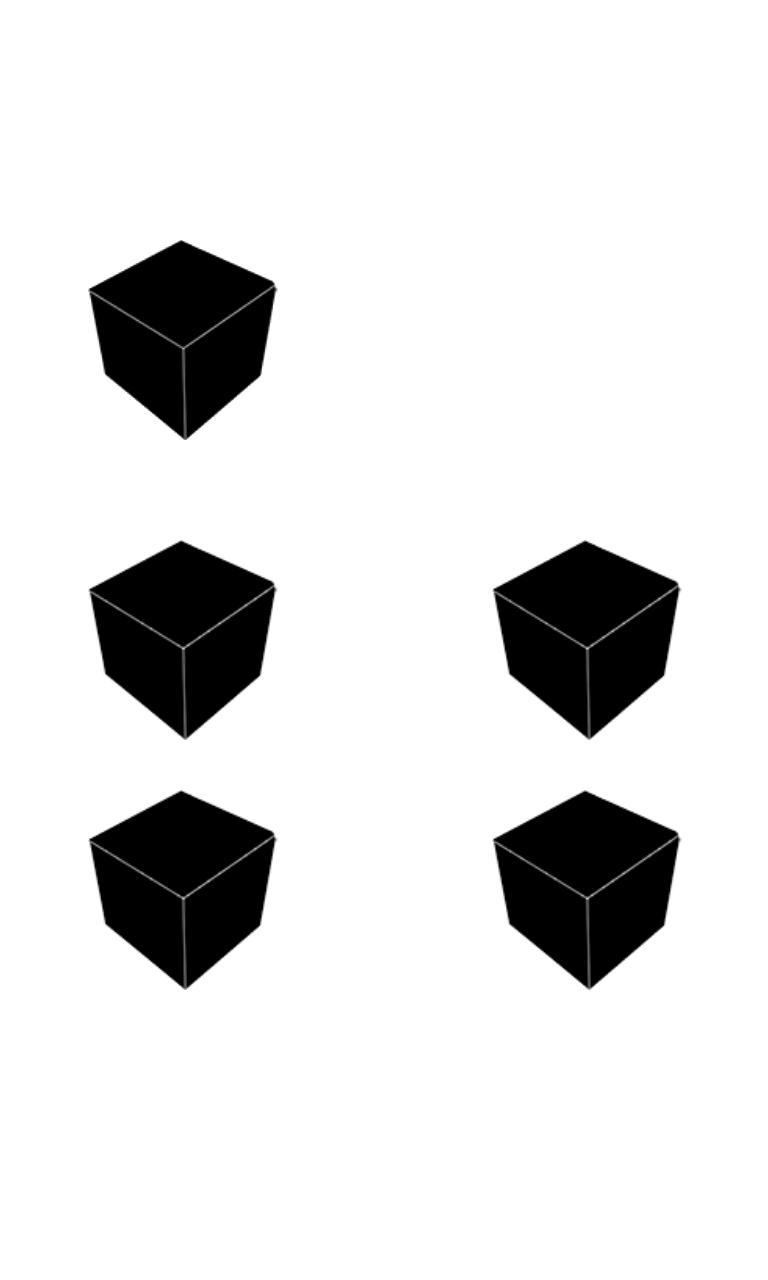
Repository: DSKarramba/university
Layout: models_and_methods_ICS/lab_01/code/calc/res/layout/activity_main.xml
The author's editor kept a copy of each file at every save. The layout is drawn from the files as they stood at one save, then again after the next save.
It is drawn on a 768 x 1280 px phone screen (xhdpi) without system bars, with theme AppTheme; the app's code is not run.

Above is the layout before, as saved 2014-12-11 03:40:56.

### models_and_methods_ICS/lab_01/code/calc/res/layout/activity_main.xml
<RelativeLayout xmlns:android="http://schemas.android.com/apk/res/android"
    xmlns:tools="http://schemas.android.com/tools"
    android:layout_width="match_parent"
    android:layout_height="match_parent"
    android:layout_gravity="top"
    android:paddingBottom="@dimen/activity_vertical_margin"
    android:paddingLeft="@dimen/activity_horizontal_margin"
    android:paddingRight="@dimen/activity_horizontal_margin"
    android:paddingTop="@dimen/activity_vertical_margin"
    tools:context="com.example.calc.MainActivity" >

    <ImageButton
        android:id="@+id/img1"
        android:layout_width="100dp"
        android:layout_height="100dp"
        android:layout_above="@+id/img3"
        android:layout_alignLeft="@+id/img3"
        android:layout_marginBottom="50dp"
        android:background="@android:color/transparent"
        android:contentDescription="@string/str_box"
        android:scaleType="fitCenter"
        android:src="@drawable/box" />

    <ImageButton
        android:id="@+id/img2"
        android:layout_width="100dp"
        android:layout_height="100dp"
        android:layout_above="@+id/img3"
        android:layout_alignRight="@+id/img3"
        android:layout_marginBottom="50dp"
        android:background="@android:color/transparent"
        android:contentDescription="@string/str_box"
        android:scaleType="fitCenter"
        android:src="@drawable/box" />

    <ImageButton
        android:id="@+id/img3"
        android:layout_width="100dp"
        android:layout_height="100dp"
        android:layout_alignLeft="@+id/img5"
        android:layout_centerVertical="true"
        android:background="@android:color/transparent"
        android:contentDescription="@string/str_box"
        android:scaleType="fitCenter"
        android:src="@drawable/box" />

    <ImageButton
        android:id="@+id/img4"
        android:layout_width="100dp"
        android:layout_height="100dp"
        android:layout_alignLeft="@+id/img6"
        android:layout_centerVertical="true"
        android:background="@android:color/transparent"
        android:contentDescription="@string/str_box"
        android:scaleType="fitCenter"
        android:src="@drawable/box" />

    <ImageButton
        android:id="@+id/img5"
        android:layout_width="100dp"
        android:layout_height="100dp"
        android:layout_alignParentLeft="true"
        android:layout_below="@+id/img3"
        android:layout_marginLeft="25dp"
        android:layout_marginTop="25dp"
        android:background="@android:color/transparent"
        android:contentDescription="@string/str_box"
        android:scaleType="fitCenter"
        android:src="@drawable/box" />

    <ImageButton
        android:id="@+id/img6"
        android:layout_width="100dp"
        android:layout_height="100dp"
        android:layout_alignParentRight="true"
        android:layout_below="@+id/img4"
        android:layout_marginRight="25dp"
        android:layout_marginTop="25dp"
        android:background="@android:color/transparent"
        android:contentDescription="@string/str_box"
        android:scaleType="fitCenter"
        android:src="@drawable/box" />

</RelativeLayout>

### models_and_methods_ICS/lab_01/code/calc/res/values/strings.xml
<?xml version="1.0" encoding="utf-8"?>
<resources>

    <string name="app_name">cats</string>
    <string name="action_settings">Settings</string>
    <string name="str_box">box</string>

</resources>

Loaded but not shown: models_and_methods_ICS/lab_01/code/calc/res/values/styles.xml (common file); models_and_methods_ICS/lab_01/code/calc/res/values-v11/styles.xml (common file); models_and_methods_ICS/lab_01/code/calc/res/values-v14/styles.xml (common file); models_and_methods_ICS/lab_01/code/calc/res/values/dimens.xml (common file); models_and_methods_ICS/lab_01/code/calc/res/values-w820dp/dimens.xml (common file)

After the next save:
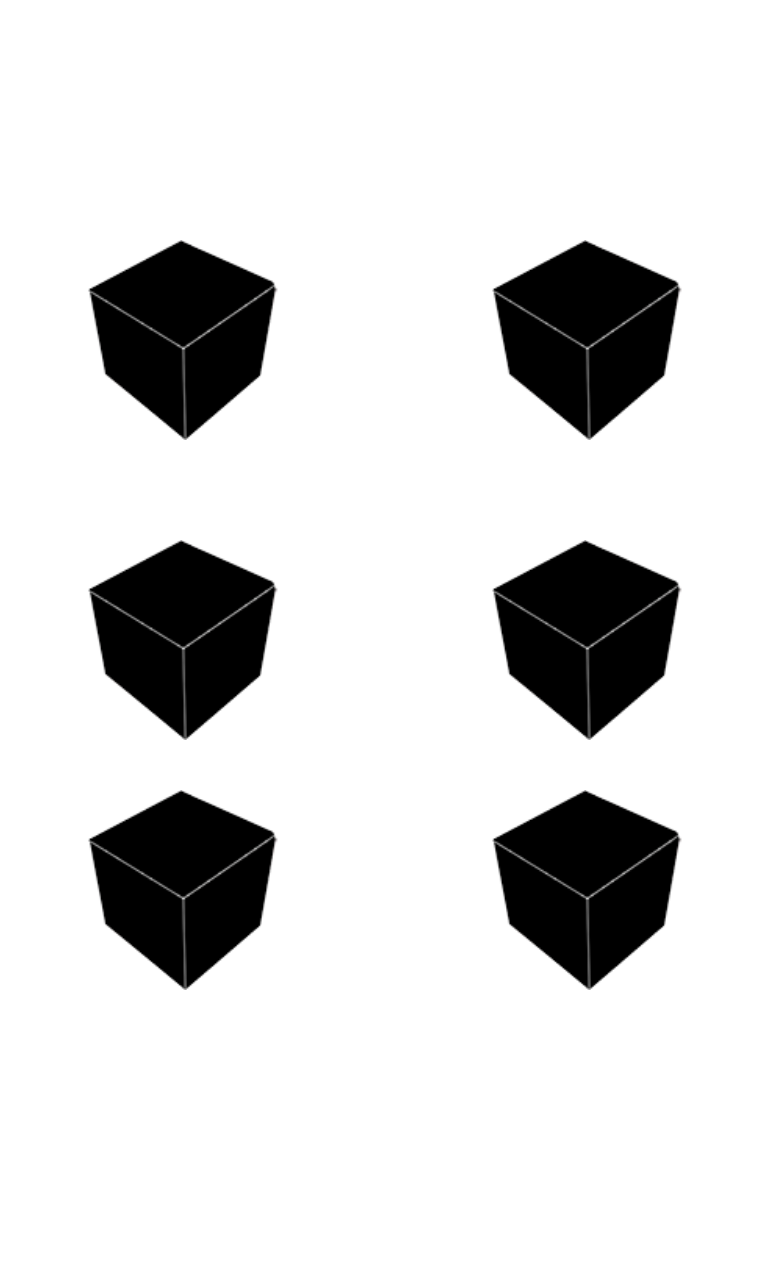
Saved 5 s later.
--- a/models_and_methods_ICS/lab_01/code/calc/res/layout/activity_main.xml
+++ b/models_and_methods_ICS/lab_01/code/calc/res/layout/activity_main.xml
@@ -25,8 +25,8 @@
         android:id="@+id/img2"
         android:layout_width="100dp"
         android:layout_height="100dp"
-        android:layout_above="@+id/img3"
-        android:layout_alignRight="@+id/img3"
+        android:layout_above="@+id/img4"
+        android:layout_alignRight="@+id/img4"
         android:layout_marginBottom="50dp"
         android:background="@android:color/transparent"
         android:contentDescription="@string/str_box"
